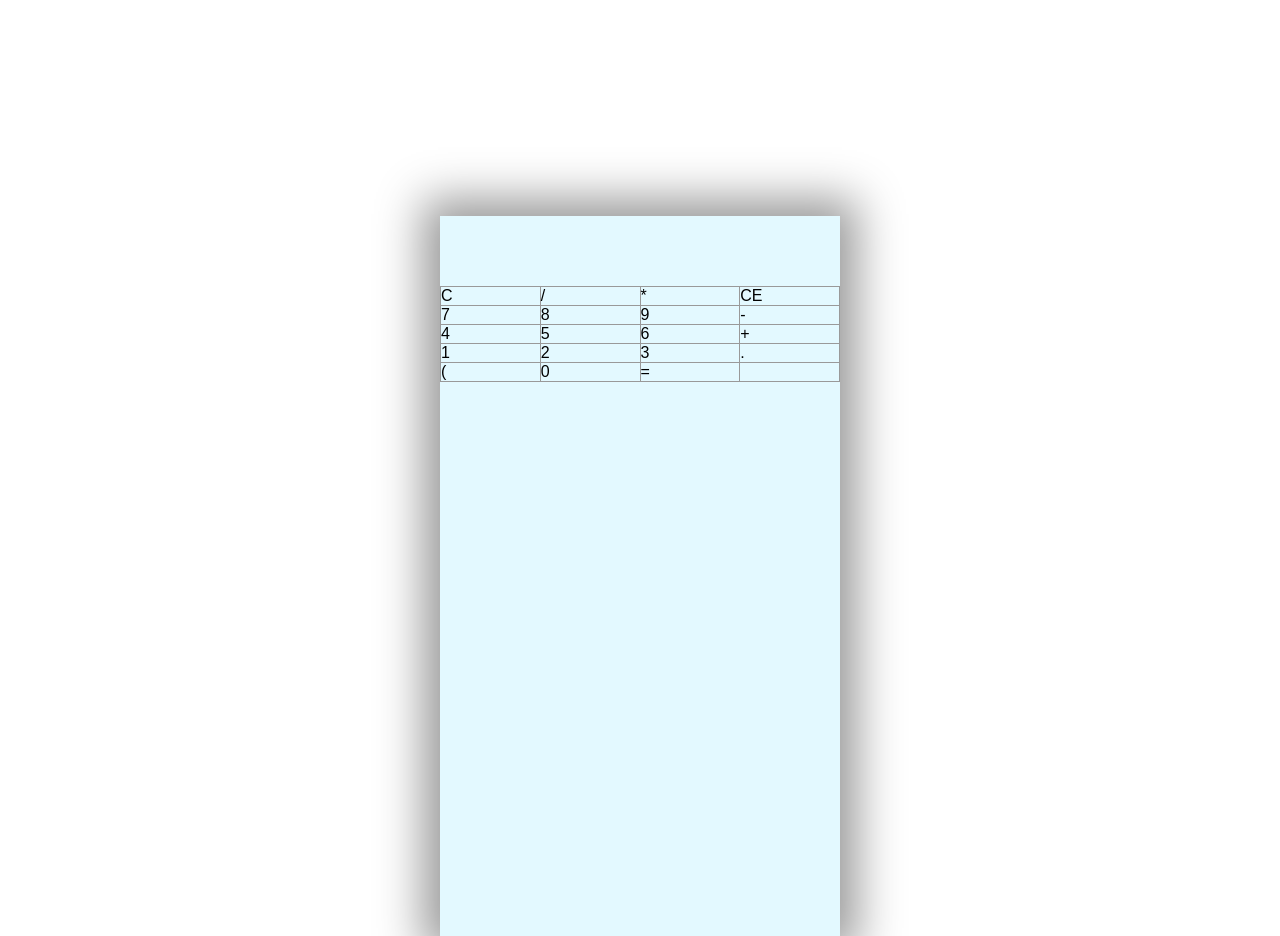
Repository: LuisMiLR/Calculatrice-with-JS---HTML---CSS-
Page: index.html
An editor plug-in stored every save of this project. The page is shown before and after a run of saves, followed by the edit.
The browser window is 1280 px wide. The pictures show the whole page.

Above is the page before, as saved 2023-03-20 15:11:51.

After the next 7 saves:
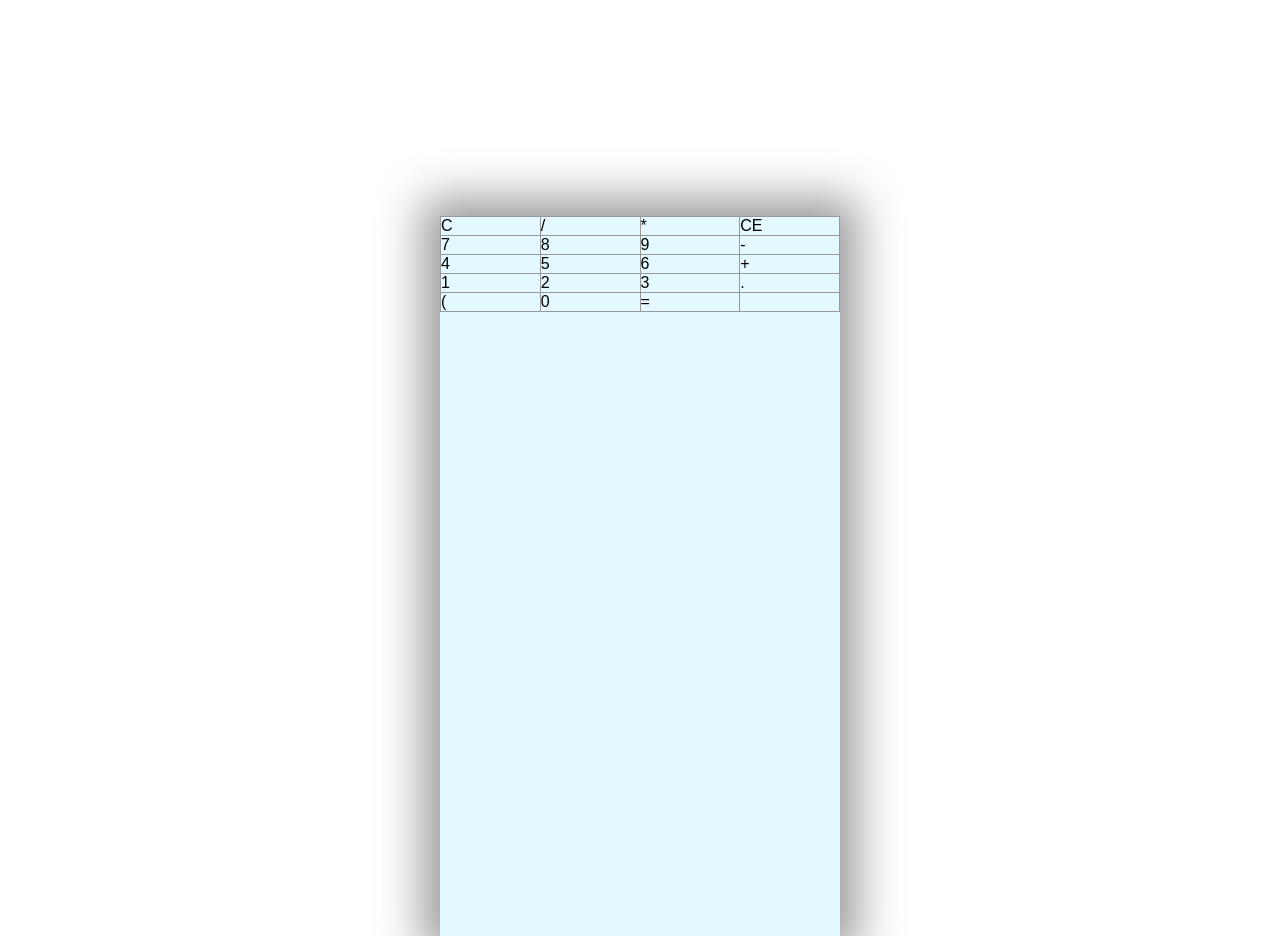
The 7 saves are shown as one change because they came seconds apart.
The last was saved 5 min 57 s later.
--- a/app.js
+++ b/app.js
@@ -3,7 +3,7 @@
 
 const divId = document.createElement("div");
 container.appendChild(divId);
-divId.setAttribute("id","display");
+divId.id = '';
 
 const buttons = document.createElement("div");
 buttons.classList.add("buttons");

After the save that followed:
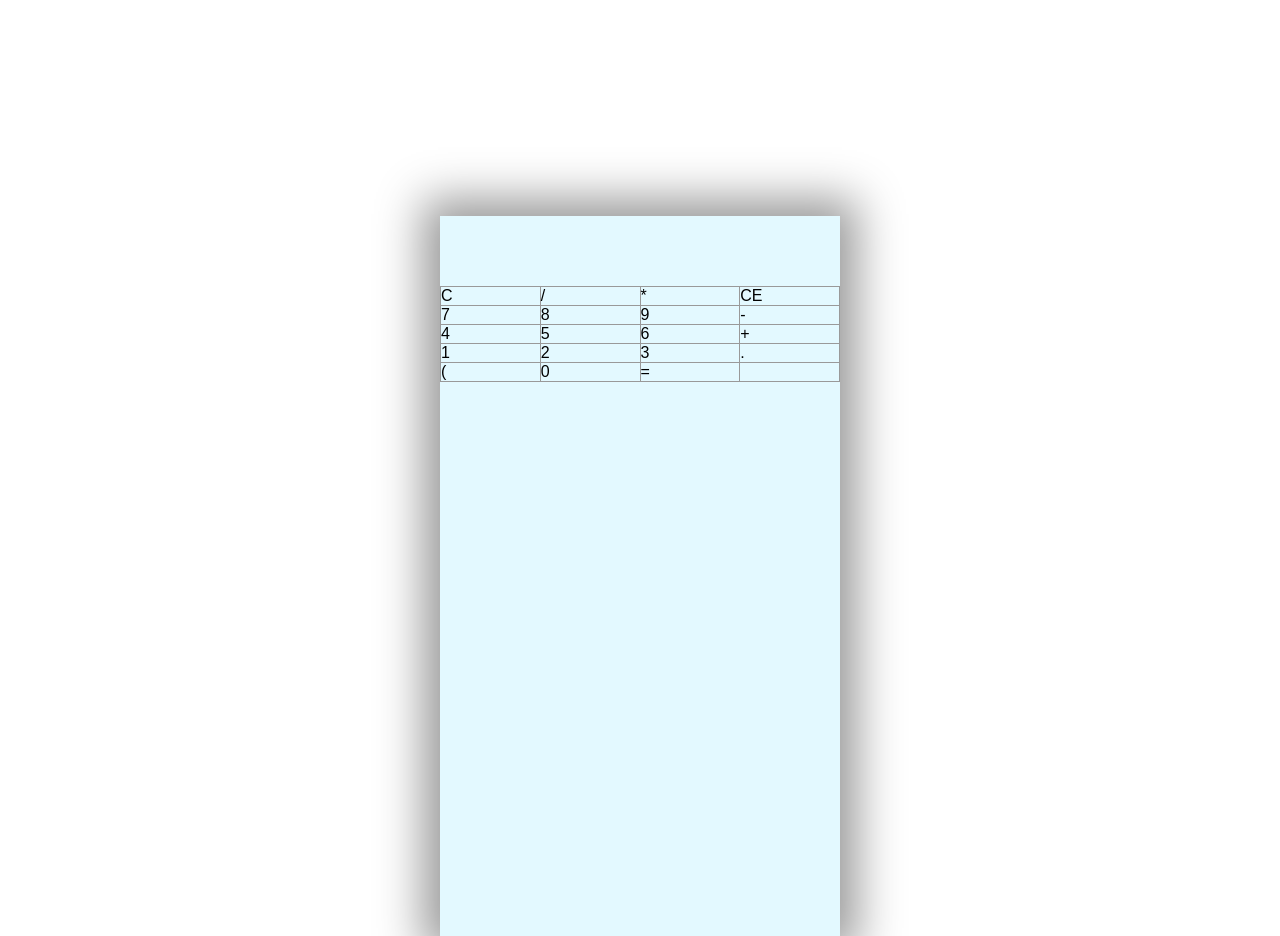
Saved 6 s later.
--- a/app.js
+++ b/app.js
@@ -3,7 +3,7 @@
 
 const divId = document.createElement("div");
 container.appendChild(divId);
-divId.id = '';
+divId.id = 'display';
 
 const buttons = document.createElement("div");
 buttons.classList.add("buttons");
